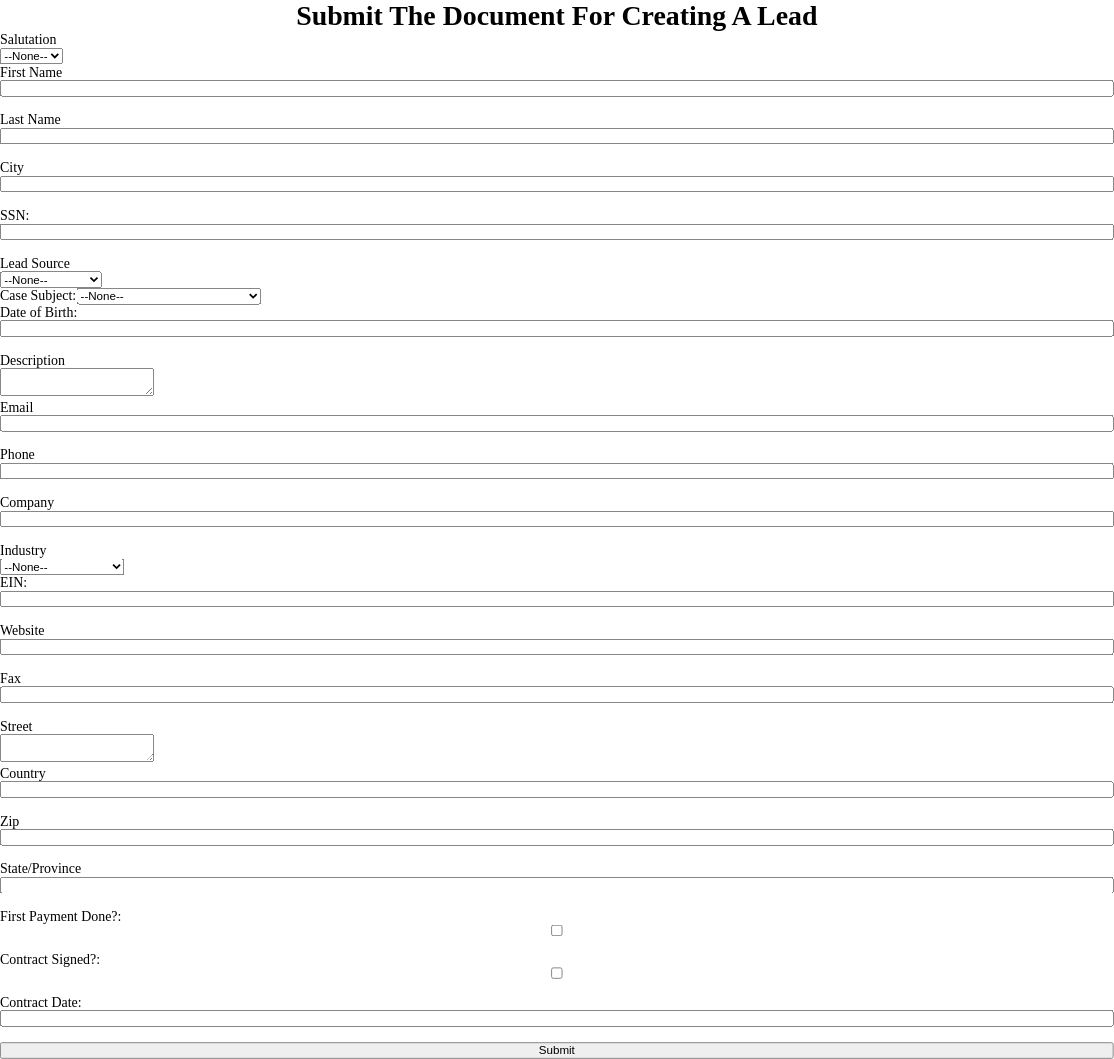
Repository: yaseminvural99/changeForce
Page: index.html
These files come from the project's save history. The page is drawn as it stood at one moment and after a run of saves; the edit follows.
The browser window is 1280 px wide. The pictures show the whole page, at 87% of full size.

Above is the page before, as saved 2024-04-26 21:48:43.

After the next 4 saves:
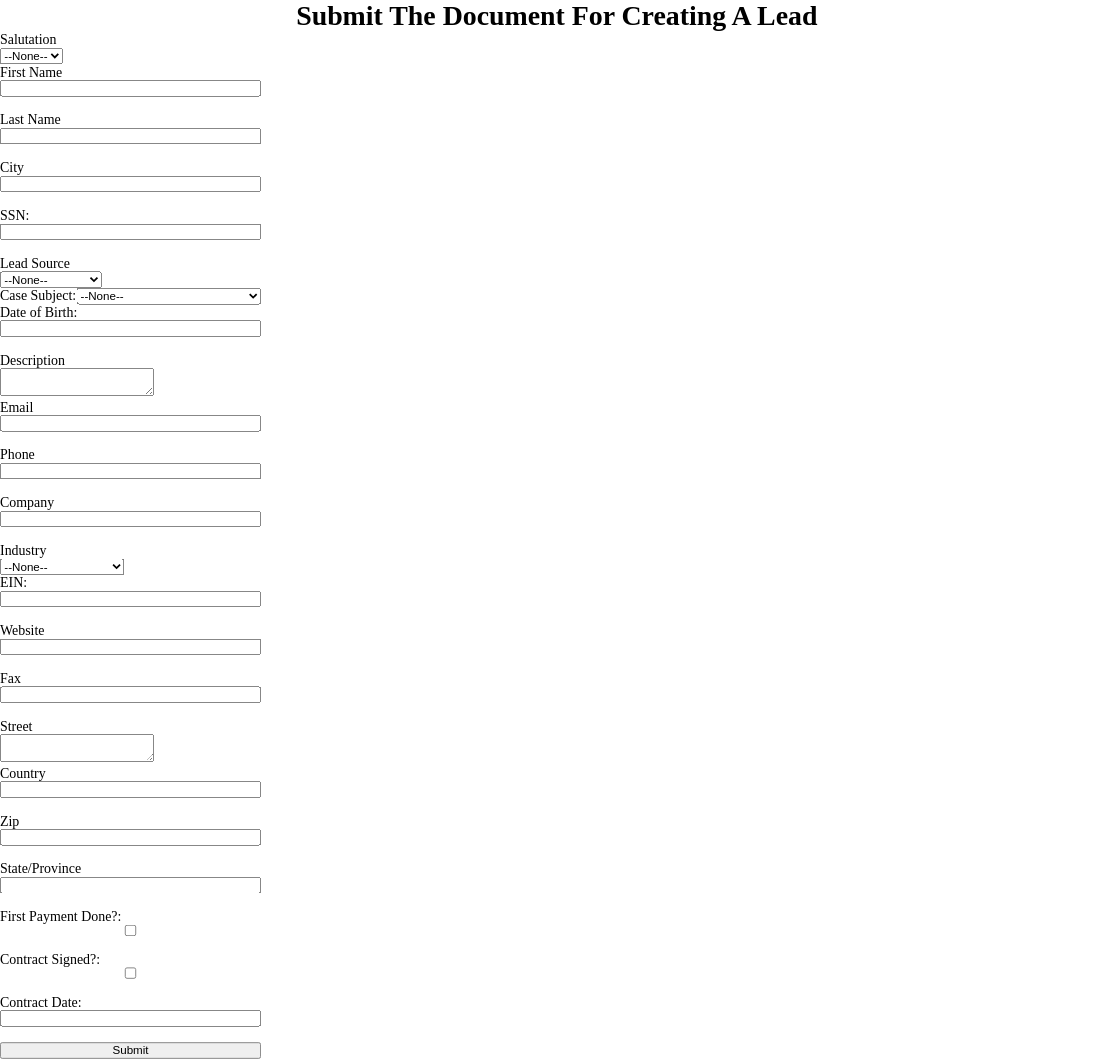
The 4 saves are shown as one change because they came seconds apart.
The last was saved 10 s later.
--- a/style.css
+++ b/style.css
@@ -15,4 +15,5 @@ input{
 }
 form{
     min-width: 300px;
+    max-width: 300px;
 }
